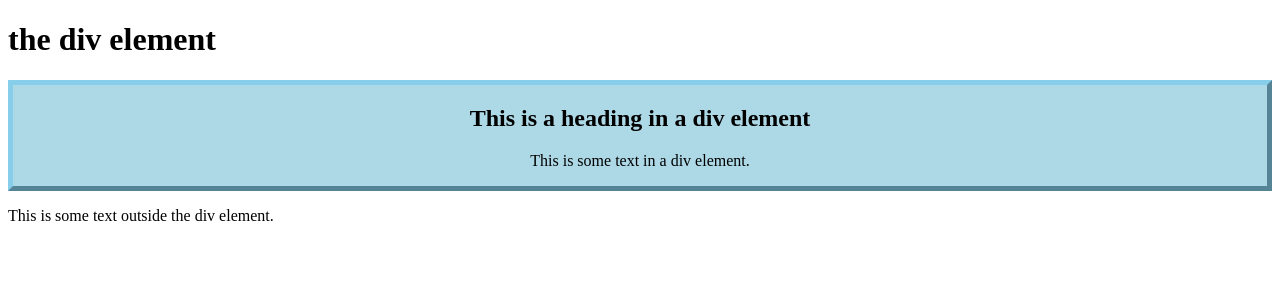
Repository: Fariaddd/codefactor-stylesheet
Page: index.html
An editor plug-in stored every save of this project. The page is shown before and after the next save, followed by the edit.
The browser window is 1280 px wide. The pictures show the whole page.

Above is the page before, as saved 2021-11-17 19:43:36.

After the next save:
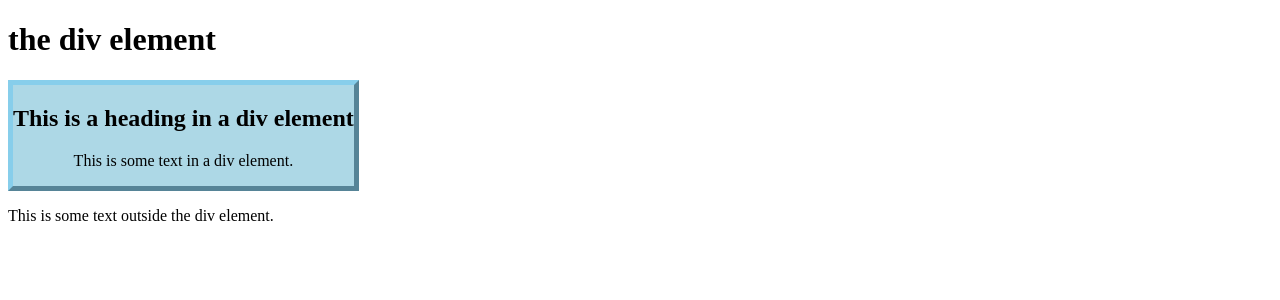
Saved 6 s later.
--- a/styles/styles.css
+++ b/styles/styles.css
@@ -2,5 +2,5 @@
   border: 5px outset skyblue;
   background-color: lightblue;
   text-align: center;
-  display: flexbox;
+  display: inline-block;
 }
